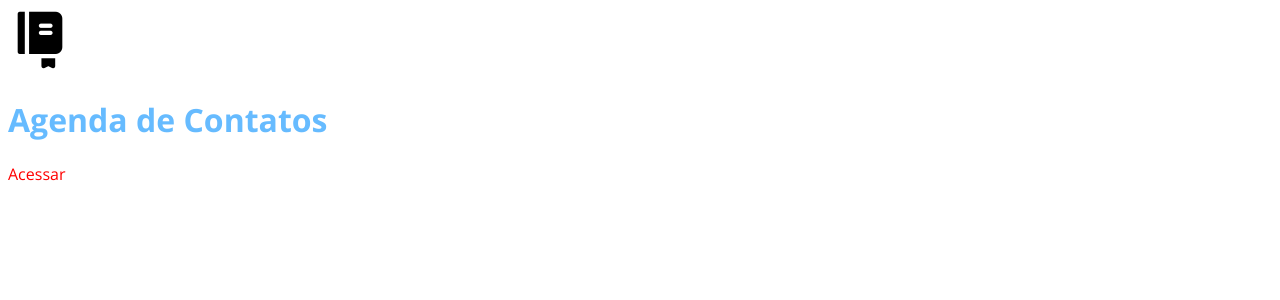
Repository: evanalves/Agenda-JDBC
Page: http://localhost/agenda/
These files come from the project's save history. The page is drawn as it stood at one moment and after the next save; the edit follows.
The browser window is 1280 px wide. The pictures show the whole page.
The page is served by Tomcat 10.

Above is the page before, as saved 2023-08-18 02:13:23.

After the next save:
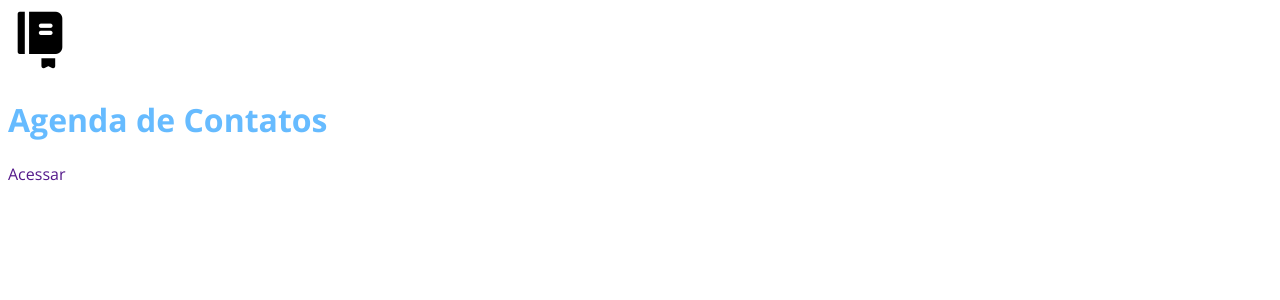
Saved 21 s later.
--- a/agenda/src/main/webapp/style.css
+++ b/agenda/src/main/webapp/style.css
@@ -15,6 +15,6 @@ h1{
 
 .botao1{
 	text-decoration: none;
-	color: red;
+	/*color: red;*/
 
 }
